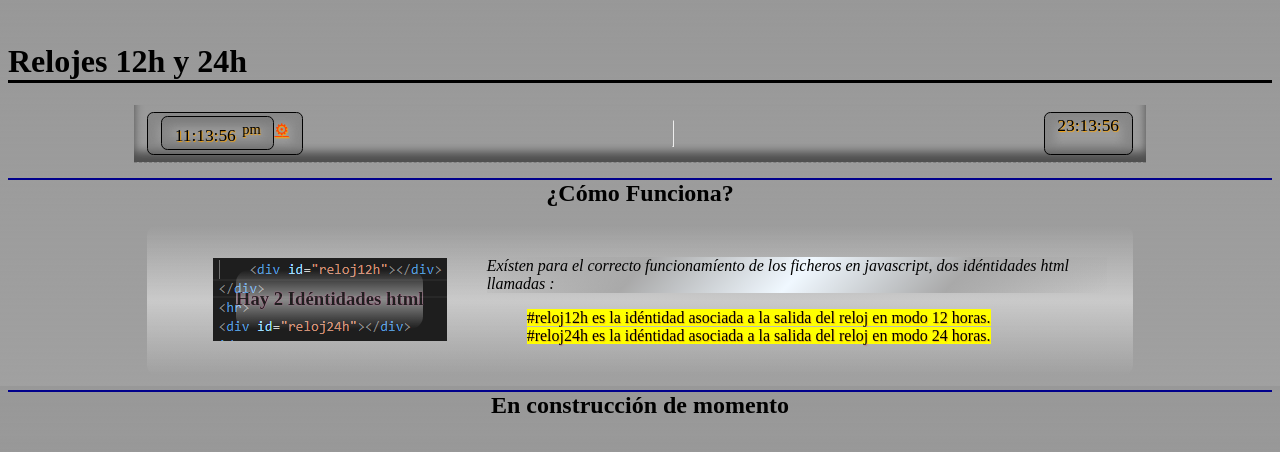
Repository: marcostonfor/clocks
Page: index.html
These files come from the project's save history. The page is drawn as it stood at one moment and after a run of saves; the edit follows.
The browser window is 1280 px wide. The pictures show the whole page.

Above is the page before, as saved 2024-09-18 23:45:19.

### index.html
<!DOCTYPE html>
<html lang="ca-ES, en-US">

<head>
    <meta charset="utf-8">
    <meta name="viewport" content="width=device-width, initial-scale=1">
    <title>relojes</title>
    <style>

        body {
            background-image: repeating-linear-gradient(0deg, hsla(0, 0%, 41%, 0.63) 12%, hsla(0, 0%, 0%, 0.404));
        }

        h1 {
            margin-top: 6vh;
            border-bottom: 0.3vw solid black;
        }

        #dosRelojes {
            width: 80%;
            height: auto;
            margin: 2vh auto;
            padding: 1vh 1vw;
            display: flex;
            border-bottom: 0.1vw dashed gray;
            /* box-shadow: inset -0.2vh 0 06px hsl(41, 100%, 50%); */
            box-shadow: inset 0 -10px 10px rgba(0, 0, 0, 0.5);
        }

        summary::marker {
            content: none !important;
        }

        summary {
            cursor: pointer !important;
            color: orangered;
            text-decoration: underline;
            margin: 0.5vh auto;
            font-size: 12pt;
        }

        #caja12h {
            display: flex;
        }

        h2 {
            text-align: center;
            margin-top: 2vh;
            border-top: 0.2vw solid darkblue;
        }

        #identidades_principales {
            display: flex;
            justify-content: space-around;
            align-items:last baseline;
            padding: 2vh 2vw;
            width: 78%;
            margin: auto auto;
            background-image: repeating-linear-gradient(0deg, transparent, hsla(0, 0%, 96%, 0.5), transparent);
            border-radius: 0.755vw;
        }

        .conFoto figure {
            position: relative;
            display: flex;
            align-items: center;
            justify-content: center;
        }

        .conFoto figure figcaption {
            position: absolute;
            border-radius: 1vw;
            text-shadow: 0 0 1px hotpink;
            background-image:  repeating-linear-gradient(0deg, transparent, hsla(0, 0%, 96%, 0.5), transparent);
            mix-blend-mode: screen;
        }

        .conTexto p {
            width: fit-content;
            height: auto;
            background-image: repeating-linear-gradient(132deg, transparent, darkgray, aliceblue, darkgray, transparent);
        }

        .conTexto blockquote {
            text-shadow: 0.1vh 0.1vw 1px rgba(220, 20, 60, 0.336);
            color: hsl(60, 100%, 51%) !important;
        }
    </style>
</head>

<body>
    <header>
        <h1>Relojes 12h y 24h</h1>
        <aside id="dosRelojes">
            <div id="caja12h">
                <div id="reloj12h"></div>
            </div>
            <hr>
            <div id="reloj24h"></div>
        </aside>
        <nav></nav>
    </header>
    <main>
        <h2>¿Cómo Funciona?</h2>
        <section id="identidades_principales">
            <article class="conFoto">
                <figure>
                    <img src="./img/identidades.png" alt="foto de las id principales">
                <figcaption><h3>Hay 2 Idéntidades html</h3></figcaption>
                </figure>
            </article>
            <article class="conTexto">
                <p>
                    <cite>Exísten para el correcto funcionamíento de los ficheros en javascript, dos idéntidades html
                        llamadas :</cite>
                <blockquote>
                    <mark>#reloj12h es la idéntidad asociada a la salida del reloj en modo 12 horas.</mark>
                    <br>
                    <mark>#reloj24h es la idéntidad asociada a la salida del reloj en modo 24 horas.</mark>
                </blockquote>
                </p>
            </article>
        </section>
    </main>
    <h2>En construcción de momento</h2>
    <script type="module" src="./relojes.js"></script>
</body>

</html>

### relojes.js

import { estilosPersonales } from './archivoEstilos.js';
import { conf12h } from './archivoConfiguracion.js';
function laHora() {
	const Reloj = class {
		constructor(formato, salida) {
			this.ahora = new Date();
			this.reloj = {
				hora: this.ahora.getHours(),
				minuto: this.ahora.getMinutes(),
				segundo: this.ahora.getSeconds()
			};
			this._formato = formato;
			this._salida = salida;
		}

		get formato() {
			return this._formato;
		}

		get salida() {
			return this._salida;
		}

		set formato(horaActual) {
			this._formato = horaActual;
		}

		set salida(output) {
			this._salida = output;
		}

		anyadirCero(formatear) {
			return formatear <= 9 ? "0" + formatear : formatear;
		}

		_12h() {
			let horas = this.reloj.hora % 12;
			if (horas === 0) horas = 12;
			const amOpm = this.reloj.hora >= 12 ? "pm" : "am";
			this._formato = `${this.anyadirCero(horas)}:${this.anyadirCero(this.reloj.minuto)}:${this.anyadirCero(this.reloj.segundo)}<sup>${amOpm}</sup>`;
			return this._formato;
		}

		_24h() {
			this._formato = `${this.anyadirCero(this.reloj.hora)}:${this.anyadirCero(this.reloj.minuto)}:${this.anyadirCero(this.reloj.segundo)}`;
			return this._formato;
		}
	};

	const laSalida = () => {
		const salida = document.getElementById("reloj12h");
		const salida24h = document.getElementById("reloj24h");
		const doceHoras = new Reloj();
	//	salida.innerHTML = doceHoras._12h();
	//	salida24h.innerHTML = doceHoras._24h();

 // Verifica si existe el elemento #reloj12h
 if (salida) {
	salida.innerHTML = doceHoras._12h();
	conf12h(); // Llamada a la función conf12h() si el elemento existe
}

// Verifica si existe el elemento #reloj24h
if (salida24h) {
	salida24h.innerHTML = doceHoras._24h();
}


	function estiloscss(estilosPersonales) {

		const estils = document.createElement('STYLE');
		estils.textContent = `
* {
    box-sizing: border-box;
}

div {
    text-align: center;
    width: fit-content;
    border: 0.1vw solid black;
    font-size: 13pt;
    padding: 0.5vh 1vw;
    box-shadow: inset 0 0 10px 10px hsla(0, 0%, 41%, 0.397);
    font-family: 'Comic Sans MS';
    color: black;
    text-shadow: 0.1vh 0.1vw 1px orange;
    border-radius: 0.5vw;
}


sup {
    margin-left: 0.5vw !important;
}
	`;
		if (estilosPersonales) {
			estils.textContent += estilosPersonales;
		}


		document.head.appendChild(estils);
}

	// Llamada a la función con estilos adicionales
	estiloscss(estilosPersonales);


	};

// estiloscss();
return setInterval(laSalida, 1000);
}
laHora();

### archivoEstilos.js
export const estilosPersonales = `

    `;

### archivoConfiguracion.js
export function conf12h() {
    const config = document.createElement('DETAILS');
    const summary = document.createElement('SUMMARY');
    summary.innerHTML = `&#9881;`;
    config.appendChild(summary);

    // Verificar si el checkbox ya existe
    if (!document.getElementById('miCheckbox')) {
        const checkbox = document.createElement('input');
        checkbox.type = 'checkbox';
        checkbox.id = 'miCheckbox';
        checkbox.checked = true; // Mostrar <sup> por defecto

        const label = document.createElement('label');
        label.htmlFor = 'miCheckbox'; // Asegúrate de que coincida con el id del checkbox
        label.textContent = 'Ver "am" "pm"';

        // Crear un elemento <style> para manejar la visibilidad de <sup>
        let estils = document.getElementById('dynamicStyles');
        if (!estils) {
            estils = document.createElement('style');
            estils.id = 'dynamicStyles';
            document.head.appendChild(estils);
        }

        // Función para actualizar el estilo de <sup>
        const updateSupVisibility = () => {
            if (checkbox.checked) {
                estils.textContent = `
                    sup {
                        display: inline !important;
                    }
                `;
            } else {
                estils.textContent = `
                    sup {
                        display: none !important;
                    }
                `;
            }
        };

        // Inicializar el estilo de <sup>
        updateSupVisibility();

        // Agregar un evento al checkbox para alternar la visibilidad de <sup>
        checkbox.addEventListener('change', updateSupVisibility);

        const mostrarConfiguracion = document.getElementById('caja12h');
        // Agregar el checkbox y el label al cuerpo del documento
        label.appendChild(checkbox);
        config.appendChild(label);
        mostrarConfiguracion.appendChild(config);
    }
}

After the next 2 saves:
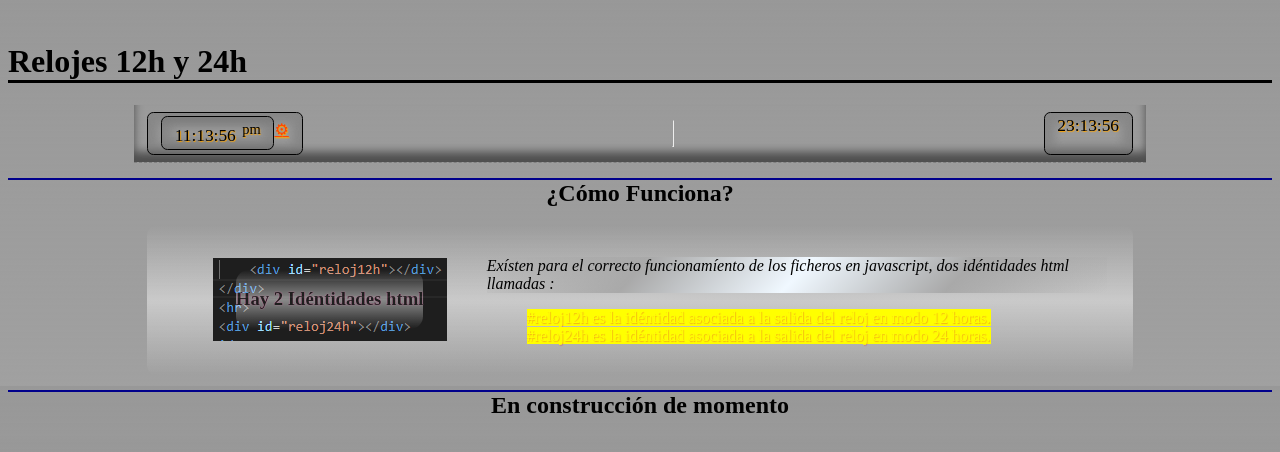
The 2 saves are shown as one change because they came seconds apart.
The last was saved 17 s later.
--- a/index.html
+++ b/index.html
@@ -81,7 +81,7 @@
             background-image: repeating-linear-gradient(132deg, transparent, darkgray, aliceblue, darkgray, transparent);
         }
 
-        .conTexto blockquote {
+        .conTexto blockquote mark {
             text-shadow: 0.1vh 0.1vw 1px rgba(220, 20, 60, 0.336);
             color: hsl(60, 100%, 51%) !important;
         }
